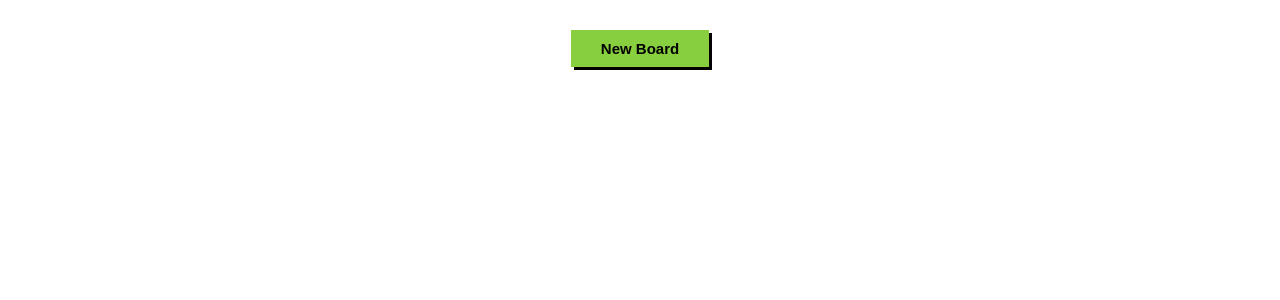
Repository: sokafootball/etch-a-sketc
Page: index.html
These files come from the project's save history. The page is drawn as it stood at one moment and after the next save; the edit follows.
The browser window is 1280 px wide. The pictures show the whole page.

Above is the page before, as saved 2020-04-18 10:14:37.

### index.html
<html>
<head>
  <link rel="stylesheet" type="text/css" href="reset.css">
  <link rel="stylesheet" type="text/css" href="style.css">
</head>
<body>
<main id="main">
  <button id="reset-btn">New Board</button>
  <div id="grid-div"></div>
</main>
<script type="text/javascript" src="script.js"></script>
</body>
</html>

### style.css
:root{
  --shadow-size: 3px;
}

.cell {
  background-color: black;
  display: inline-block;
}

#main{
  align-items: center;
  display:flex;
  flex-direction: column;
  margin-top: 30px;
}

#reset-btn{
  cursor: pointer;
  font-weight: 800;
  margin-bottom: 30px;
  padding: 10px 30px;
  font-size: 15px;
  background-color: hsla(90, 60%, 53%, 1);
  border: 0;
  box-shadow: var(--shadow-size) var(--shadow-size);
}

#reset-btn:focus{
  outline-width: 0;
}

#reset-btn:active{
  box-shadow: none;
  position: relative;
  left: var(--shadow-size);
  top: var(--shadow-size);
}

### script.js
const grid = document.querySelector(`#grid-div`)
const resetButton = document.querySelector(`#reset-btn`)
const GRID_PX_SIZE = 840
resetButton.addEventListener(`click`, resetBoard)


function createBoard(){
  let size = getSizeFromUser()
  for (let i = 1; i <= size; i++) {
    for (let j = 1; j <= size; j++) {
      createCell(size)
    }
    goToNewLine()
  }
}

function resetBoard(){
  deleteBoard()
  createBoard()
}

function deleteBoard(){
  let cells = document.querySelectorAll(`.cell`)
  cells.forEach(cell => grid.removeChild(cell))
  let breaks = document.querySelectorAll(`br`)
  breaks.forEach(br => grid.removeChild(br))
}

function getSizeFromUser() {
  let size
  do { size = prompt(`How many squares per side?`) } while (isNaN(Number(size)) || size == ``)
  return Number(size)
}

function createCell(size){
  const cell = document.createElement(`div`)
  const pixelsPerSide = GRID_PX_SIZE / size
  cell.addEventListener("mouseenter", () => cell.style.backgroundColor = `red`);
  cell.classList.add(`cell`)
  cell.style.width = pixelsPerSide
  cell.style.height = pixelsPerSide
  grid.appendChild(cell)
}

function goToNewLine(){
  const br = document.createElement(`br`)
  grid.appendChild(br)
}

Loaded but not shown: reset.css (common file)

After the next save:
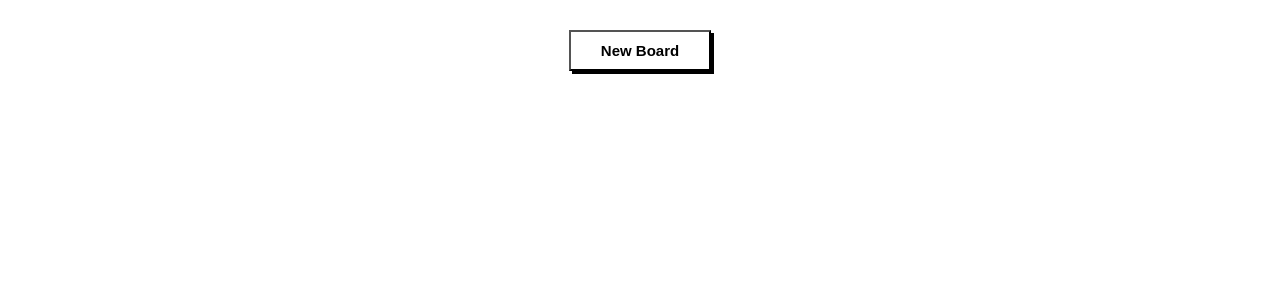
Saved 31 s later.
--- a/style.css
+++ b/style.css
@@ -1,5 +1,6 @@
 :root{
   --shadow-size: 3px;
+  --main-color: hsla(90, 60%, 53%, 1);
 }
 
 .cell {
@@ -20,7 +21,7 @@
   margin-bottom: 30px;
   padding: 10px 30px;
   font-size: 15px;
-  background-color: hsla(90, 60%, 53%, 1);
+  background-color: var(--main-color)
   border: 0;
   box-shadow: var(--shadow-size) var(--shadow-size);
 }

After the save that followed:
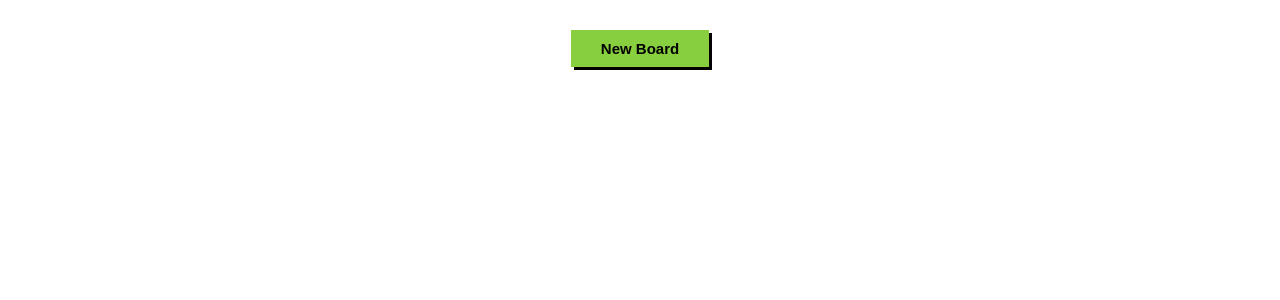
Saved 4 s later.
--- a/style.css
+++ b/style.css
@@ -21,7 +21,7 @@
   margin-bottom: 30px;
   padding: 10px 30px;
   font-size: 15px;
-  background-color: var(--main-color)
+  background-color: var(--main-color);
   border: 0;
   box-shadow: var(--shadow-size) var(--shadow-size);
 }
